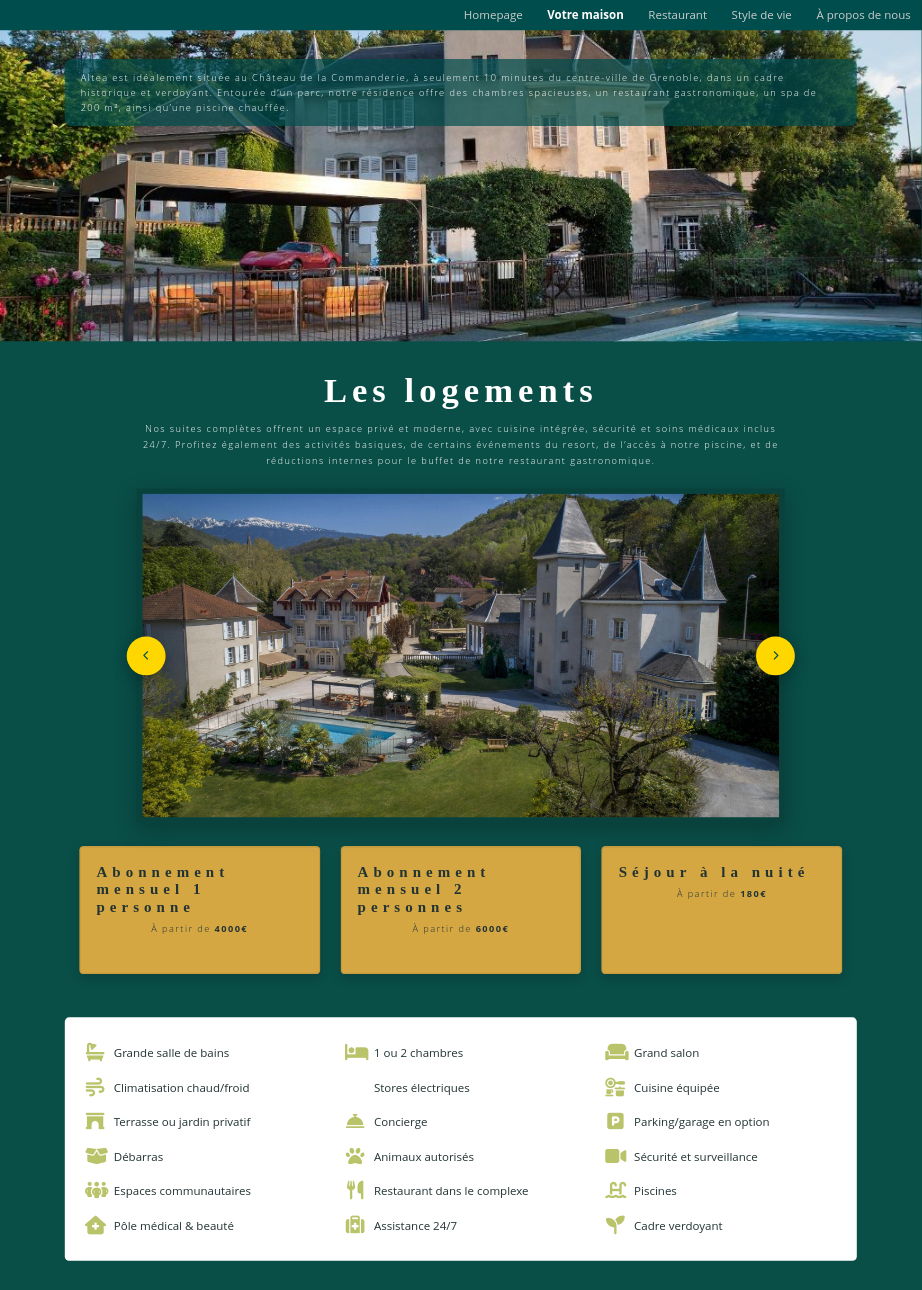
Repository: Rahimzeeeer/alteaaaa
Page: maison.html
These files come from the project's save history. The page is drawn as it stood at one moment and after the next save; the edit follows.
The browser window is 1280 px wide. The pictures show the part of the page from y = 0 to 1791 px (the page is 3072 px tall before and 3174 px after), at 72% of full size.
A picture or video elsewhere on the page could not be fetched, so the positions and the page height are approximate.

Above is the page before, as saved 2025-08-12 17:01:35.

After the next save:
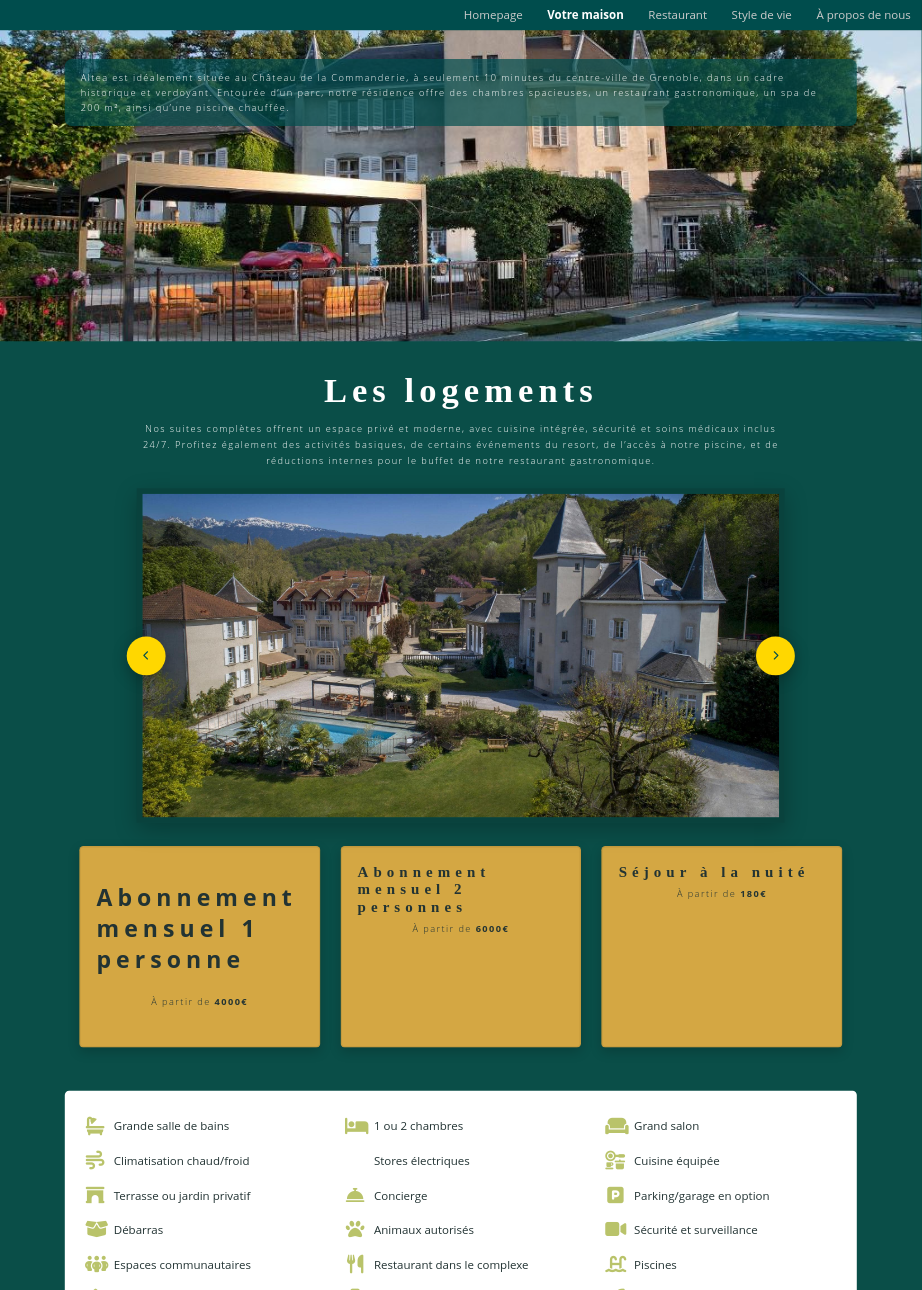
Saved 88 s later.
--- a/maison.html
+++ b/maison.html
@@ -50,7 +50,7 @@
     <!-- Cartes tarifs -->
     <div class="price-cards">
       <article class="price-card">
-        <h3>Abonnement mensuel 1 personne</h3>
+        <h2>Abonnement mensuel 1 personne</h2>
         <p class="price-note">À partir de <strong>4000€</strong></p>
       </article>
       <article class="price-card">

After the save that followed:
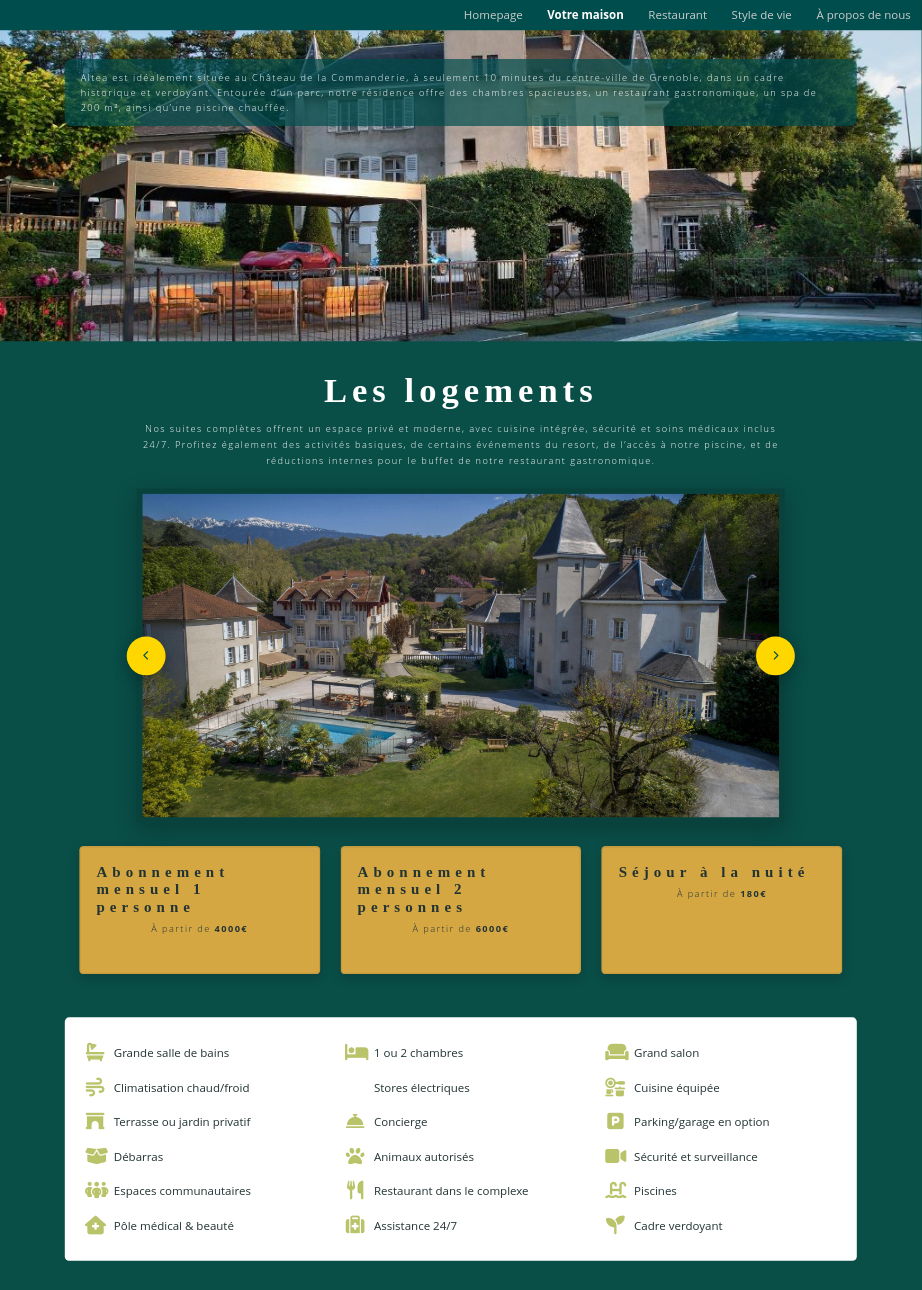
Saved 13 s later.
--- a/maison.html
+++ b/maison.html
@@ -50,7 +50,7 @@
     <!-- Cartes tarifs -->
     <div class="price-cards">
       <article class="price-card">
-        <h2>Abonnement mensuel 1 personne</h2>
+        <h3>Abonnement mensuel 1 personne</h3>
         <p class="price-note">À partir de <strong>4000€</strong></p>
       </article>
       <article class="price-card">
